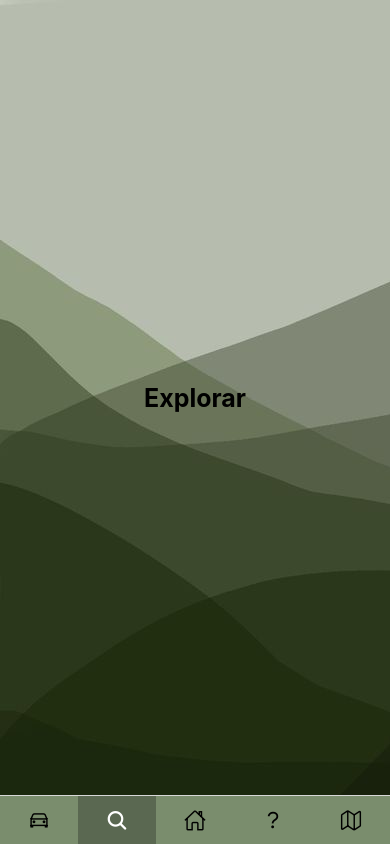
Repository: GabrielAron/EcoWheels
Screen: /Explorar
The author's editor kept a copy of each file at every save. The screen is drawn from the files as they stood at one save, then again after the next save.
The app was drawn by React Native's web renderer in a window 390 px wide. The project was rebuilt for these pictures with package versions that can differ from the ones it lists, and the page was loaded fresh each time. Also part of the build but not shown: src/Paginas/Home/index.js, src/Paginas/Ajuda/index.js, src/Paginas/Mapa/index.js.

Above is the screen before, as saved 2023-11-07 13:22:26.

After the next save:
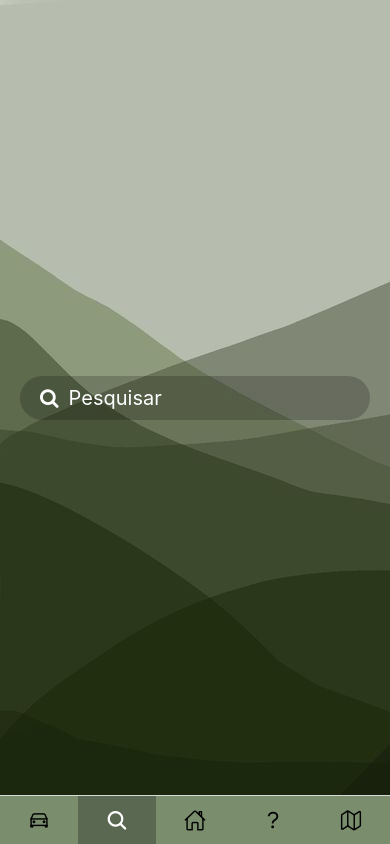
Saved 2 min 9 s later.
--- a/src/Paginas/Carros/index.js
+++ b/src/Paginas/Carros/index.js
@@ -1,30 +1,77 @@
-import React from 'react';
-import { View, Text, ImageBackground, StyleSheet } from 'react-native';
+import React, { useState } from 'react';
+import { ImageBackground, StyleSheet, Text, View, Image, TextInput, TouchableOpacity } from 'react-native';
+import { FontAwesome } from '@expo/vector-icons';
 import Fundo from '/imagens/fundoverde.jpg';
 
-export default function Carros() {
+const Mapa = () => {
+  const [searchText, setSearchText] = useState('');
+
+  const handleSearch = () => {
+    console.log('Texto de pesquisa:', searchText);
+  };
+
+  const handleClearSearch = () => {
+    setSearchText('');
+  };
+
   return (
     <View style={styles.container}>
       <ImageBackground source={Fundo} style={styles.image}>
-        <Text style={styles.text}>Explorar</Text>
+        <View style={styles.searchContainer}>
+          <FontAwesome name="search" size={20} color="white" style={styles.icon} />
+          <TextInput
+            placeholder="Pesquisar"
+            placeholderTextColor="white"
+            style={styles.input}
+            value={searchText}
+            onChangeText={text => setSearchText(text)}
+            onSubmitEditing={handleSearch}
+            selectionColor="transparent"
+          />
+          {searchText !== '' && (
+            <TouchableOpacity onPress={handleClearSearch}>
+              <FontAwesome name="times" size={20} color="white" style={styles.clearIcon} />
+            </TouchableOpacity>
+          )}
+        </View>
       </ImageBackground>
     </View>
   );
-}
+};
 
 const styles = StyleSheet.create({
   container: {
     flex: 1,
+    marginTop: 0,
   },
   image: {
     flex: 1,
     resizeMode: 'cover',
     justifyContent: 'center',
   },
-  text: {
-    fontSize: 25,
-    color: '#000',
-    fontWeight: 'bold',
-    textAlign: 'center',
+  searchContainer: {
+    flexDirection: 'row',
+    alignItems: 'center',
+    justifyContent: 'space-between',
+    backgroundColor: 'rgba(0, 0, 0, 0.2)',
+    borderRadius: 100,
+    margin: 20,
+    paddingHorizontal: 20,
+    paddingVertical: 10,
+
+  },
+  icon: {
+    marginRight: 10,
+  },
+  input: {
+    flex: 1,
+    color: 'white',
+    fontSize: 20,
+    outlineColor: 'transparent',
+  },
+  clearIcon: {
+    marginLeft: 10,
   },
 });
+
+export default Mapa;

After the save that followed:
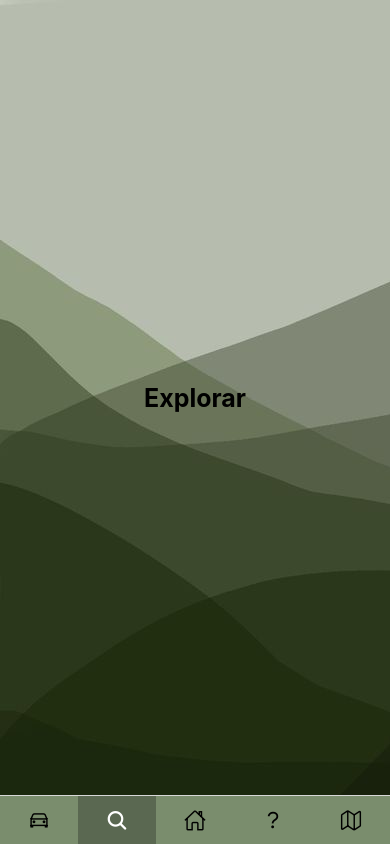
Saved 7 s later.
--- a/src/Paginas/Carros/index.js
+++ b/src/Paginas/Carros/index.js
@@ -1,77 +1,30 @@
-import React, { useState } from 'react';
-import { ImageBackground, StyleSheet, Text, View, Image, TextInput, TouchableOpacity } from 'react-native';
-import { FontAwesome } from '@expo/vector-icons';
+import React from 'react';
+import { View, Text, ImageBackground, StyleSheet } from 'react-native';
 import Fundo from '/imagens/fundoverde.jpg';
 
-const Mapa = () => {
-  const [searchText, setSearchText] = useState('');
-
-  const handleSearch = () => {
-    console.log('Texto de pesquisa:', searchText);
-  };
-
-  const handleClearSearch = () => {
-    setSearchText('');
-  };
-
+export default function Carros() {
   return (
     <View style={styles.container}>
       <ImageBackground source={Fundo} style={styles.image}>
-        <View style={styles.searchContainer}>
-          <FontAwesome name="search" size={20} color="white" style={styles.icon} />
-          <TextInput
-            placeholder="Pesquisar"
-            placeholderTextColor="white"
-            style={styles.input}
-            value={searchText}
-            onChangeText={text => setSearchText(text)}
-            onSubmitEditing={handleSearch}
-            selectionColor="transparent"
-          />
-          {searchText !== '' && (
-            <TouchableOpacity onPress={handleClearSearch}>
-              <FontAwesome name="times" size={20} color="white" style={styles.clearIcon} />
-            </TouchableOpacity>
-          )}
-        </View>
+        <Text style={styles.text}>Explorar</Text>
       </ImageBackground>
     </View>
   );
-};
+}
 
 const styles = StyleSheet.create({
   container: {
     flex: 1,
-    marginTop: 0,
   },
   image: {
     flex: 1,
     resizeMode: 'cover',
     justifyContent: 'center',
   },
-  searchContainer: {
-    flexDirection: 'row',
-    alignItems: 'center',
-    justifyContent: 'space-between',
-    backgroundColor: 'rgba(0, 0, 0, 0.2)',
-    borderRadius: 100,
-    margin: 20,
-    paddingHorizontal: 20,
-    paddingVertical: 10,
-
-  },
-  icon: {
-    marginRight: 10,
-  },
-  input: {
-    flex: 1,
-    color: 'white',
-    fontSize: 20,
-    outlineColor: 'transparent',
-  },
-  clearIcon: {
-    marginLeft: 10,
+  text: {
+    fontSize: 25,
+    color: '#000',
+    fontWeight: 'bold',
+    textAlign: 'center',
   },
 });
-
-export default Mapa;
